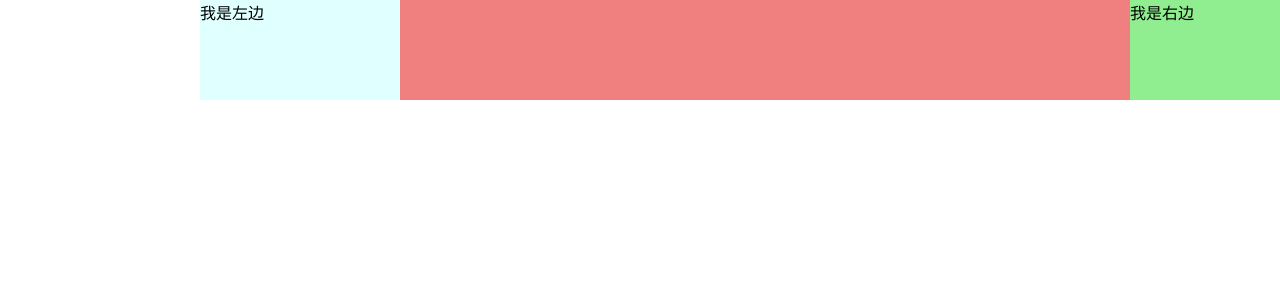
Repository: ljwrookie/Front-end-interview-handwritten-code
Page: css布局/圣杯布局.html
An editor plug-in stored every save of this project. The page is shown before and after the next save, followed by the edit.
The browser window is 1280 px wide. The pictures show the whole page.

Above is the page before, as saved 2022-04-07 15:46:37.

After the next save:
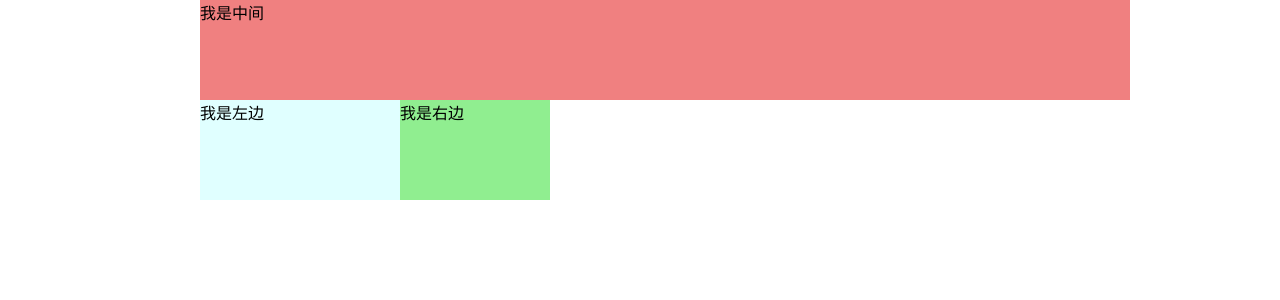
Saved 5 s later.
--- a/css布局/圣杯布局.html
+++ b/css布局/圣杯布局.html
@@ -28,7 +28,7 @@
 				width: 200px;
 				/* position: relative;
 				left: -200px; */
-				margin-left: -100%;
+				/* margin-left: -100%; */
 				background-color: lightcyan;
 			}
 			.right {
